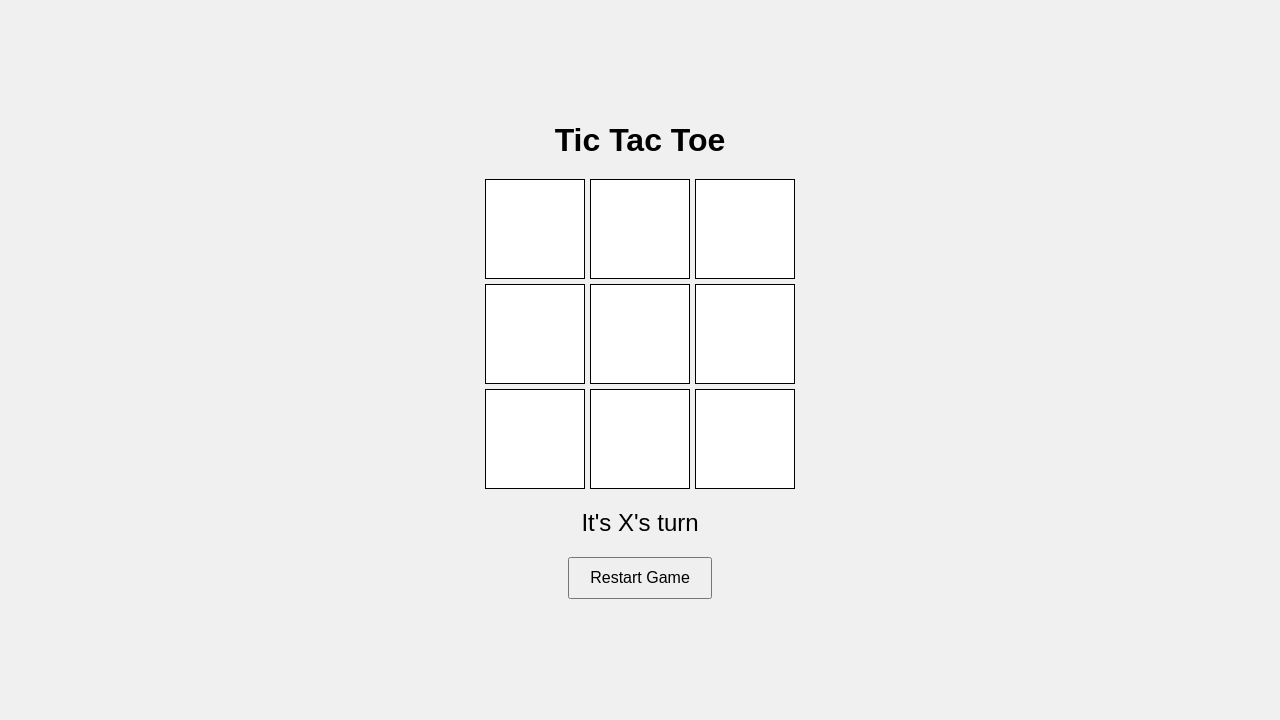
Repository: Tracy-maker/wordpress-camp
Page: week-1/homework/index.html
These files come from the project's save history. The page is drawn as it stood at one moment and after the next save; the edit follows.
The browser window is 1280 px wide. The pictures show the whole page.

Above is the page before, as saved 2024-05-16 21:23:23.

### week-1/homework/index.html
<!DOCTYPE html>
<html lang="en">
  <head>
    <meta charset="UTF-8" />
    <meta name="viewport" content="width=device-width, initial-scale=1.0" />
    <title>Tic Tac Toe</title>
    <link rel="stylesheet" href="styles.css" />
  </head>
  <body>
    <div class="game-container">
      <h1>Tic Tac Toe</h1>
      <div id="game-board" class="game-board"></div>
      <div id="status" class="status"></div>
      <button id="restart" class="restart-button">Restart Game</button>
    </div>
    <script src="script.js"></script>
  </body>
</html>

### week-1/homework/styles.css

* {
    box-sizing: border-box;
    margin: 0;
    padding: 0;
}

body {
    display: flex;
    justify-content: center;
    align-items: center;
    height: 100vh;
    font-family: Arial, sans-serif;
    background-color: #f0f0f0;
}

.game-container {
    text-align: center;
}

.game-board {
    display: grid;
    gap: 5px;
    margin: 20px auto;
    width: max-content;
}

.cell {
    width: 100px;
    height: 100px;
    display: flex;
    justify-content: center;
    align-items: center;
    font-size: 2em;
    background-color: #fff;
    border: 1px solid #000;
    cursor: pointer;
    user-select: none;
}

.status {
    margin-bottom: 10px;
    font-size: 1.5em;
}

.restart-button {
    margin-top: 10px;
    padding: 10px 20px;
    font-size: 1em;
    cursor: pointer;
}

### week-1/homework/script.js
// script.js

document.addEventListener('DOMContentLoaded', () => {
    const boardSize = 3; // Change this to generate a different board size
    let currentPlayer = 'X';
    let board = Array(boardSize * boardSize).fill('');
    let gameActive = true;

    const cells = [];
    const statusText = document.getElementById('status');
    const restartButton = document.getElementById('restart');
    const gameBoard = document.getElementById('game-board');

    const createBoard = () => {
        gameBoard.style.gridTemplateColumns = `repeat(${boardSize}, 100px)`;
        gameBoard.style.gridTemplateRows = `repeat(${boardSize}, 100px)`;
        for (let i = 0; i < boardSize * boardSize; i++) {
            const cell = document.createElement('div');
            cell.classList.add('cell');
            cell.setAttribute('data-index', i);
            cell.addEventListener('click', handleCellClick);
            gameBoard.appendChild(cell);
            cells.push(cell);
        }
    };

    const generateWinningConditions = (size) => {
        const conditions = [];
        for (let i = 0; i < size; i++) {
            // Rows
            const row = [];
            for (let j = 0; j < size; j++) {
                row.push(i * size + j);
            }
            conditions.push(row);

            // Columns
            const col = [];
            for (let j = 0; j < size; j++) {
                col.push(j * size + i);
            }
            conditions.push(col);
        }

        // Diagonals
        const diag1 = [];
        const diag2 = [];
        for (let i = 0; i < size; i++) {
            diag1.push(i * size + i);
            diag2.push(i * size + (size - 1 - i));
        }
        conditions.push(diag1);
        conditions.push(diag2);

        return conditions;
    };

    const winningConditions = generateWinningConditions(boardSize);

    const handleCellClick = (event) => {
        const clickedCell = event.target;
        const clickedCellIndex = parseInt(clickedCell.getAttribute('data-index'));

        if (board[clickedCellIndex] !== '' || !gameActive) {
            return;
        }

        board[clickedCellIndex] = currentPlayer;
        clickedCell.textContent = currentPlayer;

        if (checkWin()) {
            statusText.textContent = `Player ${currentPlayer} wins!`;
            gameActive = false;
        } else if (!board.includes('')) {
            statusText.textContent = `It's a draw!`;
            gameActive = false;
        } else {
            currentPlayer = currentPlayer === 'X' ? 'O' : 'X';
            statusText.textContent = `It's ${currentPlayer}'s turn`;

            if (currentPlayer === 'O') {
                aiMove();
            }
        }
    };

    const aiMove = () => {
        const bestMove = getBestMove(board, 'O');
        board[bestMove] = 'O';
        cells[bestMove].textContent = 'O';

        if (checkWin()) {
            statusText.textContent = `Player ${currentPlayer} wins!`;
            gameActive = false;
        } else if (!board.includes('')) {
            statusText.textContent = `It's a draw!`;
            gameActive = false;
        } else {
            currentPlayer = 'X';
            statusText.textContent = `It's ${currentPlayer}'s turn`;
        }
    };

    const getBestMove = (newBoard, player) => {
        let bestVal = -Infinity;
        let move = -1;

        for (let i = 0; i < newBoard.length; i++) {
            if (newBoard[i] === '') {
                newBoard[i] = player;
                let moveVal = minimax(newBoard, 0, false, -Infinity, Infinity);
                newBoard[i] = '';
                if (moveVal > bestVal) {
                    move = i;
                    bestVal = moveVal;
                }
            }
        }
        return move;
    };

    const minimax = (newBoard, depth, isMaximizingPlayer, alpha, beta) => {
        const scores = {
            'X': -1,
            'O': 1,
            'tie': 0
        };

        const result = evaluateBoard(newBoard);
        if (result !== null) {
            return scores[result];
        }

        if (isMaximizingPlayer) {
            let best = -Infinity;
            for (let i = 0; i < newBoard.length; i++) {
                if (newBoard[i] === '') {
                    newBoard[i] = 'O';
                    best = Math.max(best, minimax(newBoard, depth + 1, false, alpha, beta));
                    newBoard[i] = '';
                    alpha = Math.max(alpha, best);
                    if (beta <= alpha) {
                        break;
                    }
                }
            }
            return best;
        } else {
            let best = Infinity;
            for (let i = 0; i < newBoard.length; i++) {
                if (newBoard[i] === '') {
                    newBoard[i] = 'X';
                    best = Math.min(best, minimax(newBoard, depth + 1, true, alpha, beta));
                    newBoard[i] = '';
                    beta = Math.min(beta, best);
                    if (beta <= alpha) {
                        break;
                    }
                }
            }
            return best;
        }
    };

    const evaluateBoard = (board) => {
        for (const condition of winningConditions) {
            const [a, b, c] = condition;
            if (board[a] && board[a] === board[b] && board[a] === board[c]) {
                return board[a];
            }
        }
        if (!board.includes('')) {
            return 'tie';
        }
        return null;
    };

    const checkWin = () => {
        for (const condition of winningConditions) {
            if (condition.every(index => board[index] === currentPlayer)) {
                return true;
            }
        }
        return false;
    };

    const restartGame = () => {
        currentPlayer = 'X';
        board = Array(boardSize * boardSize).fill('');
        gameActive = true;
        statusText.textContent = `It's ${currentPlayer}'s turn`;
        cells.forEach(cell => cell.textContent = '');
    };

    createBoard();
    restartButton.addEventListener('click', restartGame);
    statusText.textContent = `It's ${currentPlayer}'s turn`;
});

After the next save:
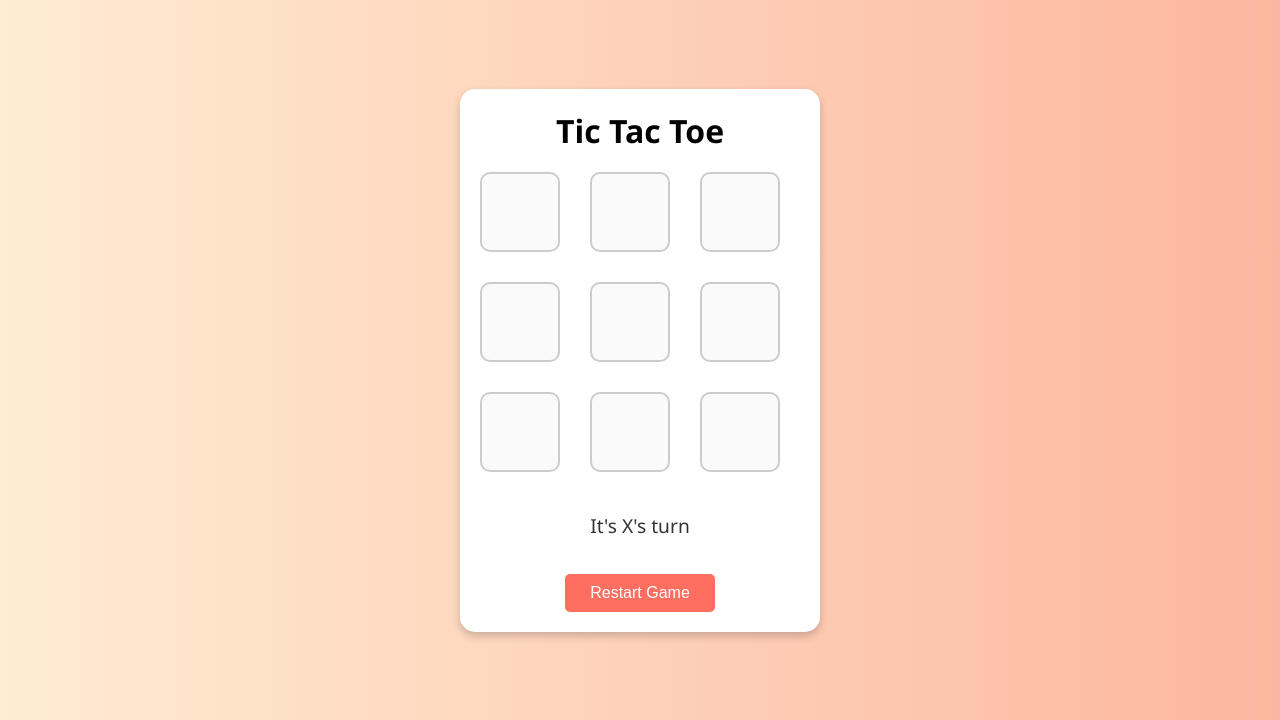
Saved 4 min 18 s later.
--- a/week-1/homework/styles.css
+++ b/week-1/homework/styles.css
@@ -1,4 +1,3 @@
-
 * {
     box-sizing: border-box;
     margin: 0;
@@ -10,42 +9,62 @@ body {
     justify-content: center;
     align-items: center;
     height: 100vh;
-    font-family: Arial, sans-serif;
-    background-color: #f0f0f0;
+    font-family: 'Segoe UI', Tahoma, Geneva, Verdana, sans-serif;
+    background: linear-gradient(to right, #ffecd2, #fcb69f);
 }
 
 .game-container {
     text-align: center;
+    background-color: #ffffff;
+    padding: 20px;
+    border-radius: 15px;
+    box-shadow: 0 4px 8px rgba(0, 0, 0, 0.2);
 }
 
 .game-board {
     display: grid;
-    gap: 5px;
+    gap: 10px;
     margin: 20px auto;
     width: max-content;
 }
 
 .cell {
-    width: 100px;
-    height: 100px;
+    width: 80px;
+    height: 80px;
     display: flex;
     justify-content: center;
     align-items: center;
-    font-size: 2em;
-    background-color: #fff;
-    border: 1px solid #000;
+    font-size: 1.8em;
+    background-color: #fafafa;
+    border: 2px solid #ccc;
+    border-radius: 10px;
     cursor: pointer;
-    user-select: none;
+    transition: background-color 0.3s, transform 0.2s;
+}
+
+.cell:hover {
+    background-color: #e0e0e0;
+    transform: scale(1.05);
 }
 
 .status {
-    margin-bottom: 10px;
-    font-size: 1.5em;
+    margin-bottom: 20px;
+    font-size: 1.2em;
+    color: #333;
 }
 
 .restart-button {
-    margin-top: 10px;
-    padding: 10px 20px;
+    margin-top: 15px;
+    padding: 10px 25px;
     font-size: 1em;
+    color: #fff;
+    background-color: #ff6f61;
+    border: none;
+    border-radius: 5px;
     cursor: pointer;
+    transition: background-color 0.3s;
 }
+
+.restart-button:hover {
+    background-color: #ff3d2e;
+}
